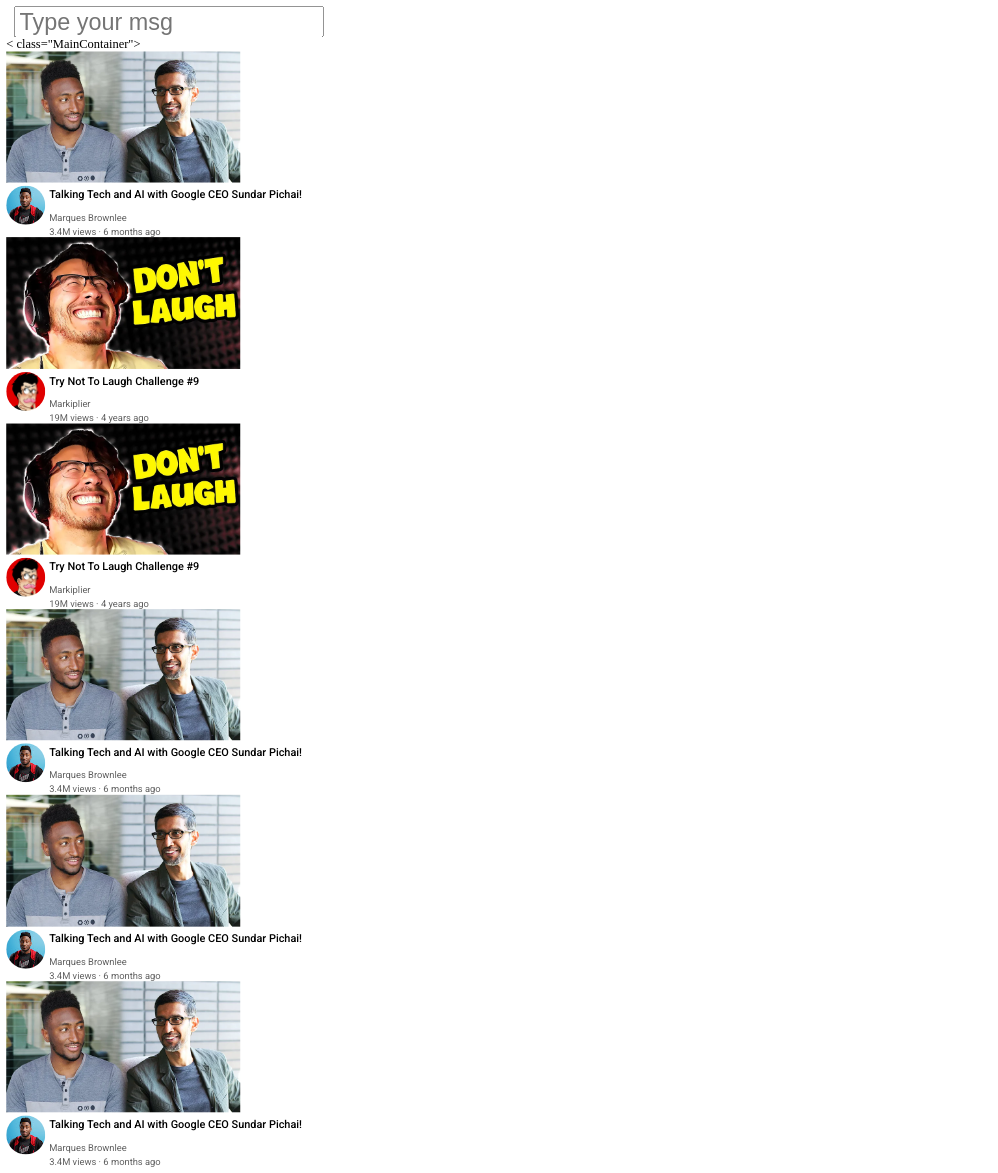
Repository: RagulRanjeeth/Frontend
Page: CloneYoutube/index.html
An editor plug-in stored every save of this project. The page is shown before and after the next save, followed by the edit.
The browser window is 1280 px wide. The pictures show the whole page, at 78% of full size.

Above is the page before, as saved 2026-01-25 16:52:30.

After the next save:
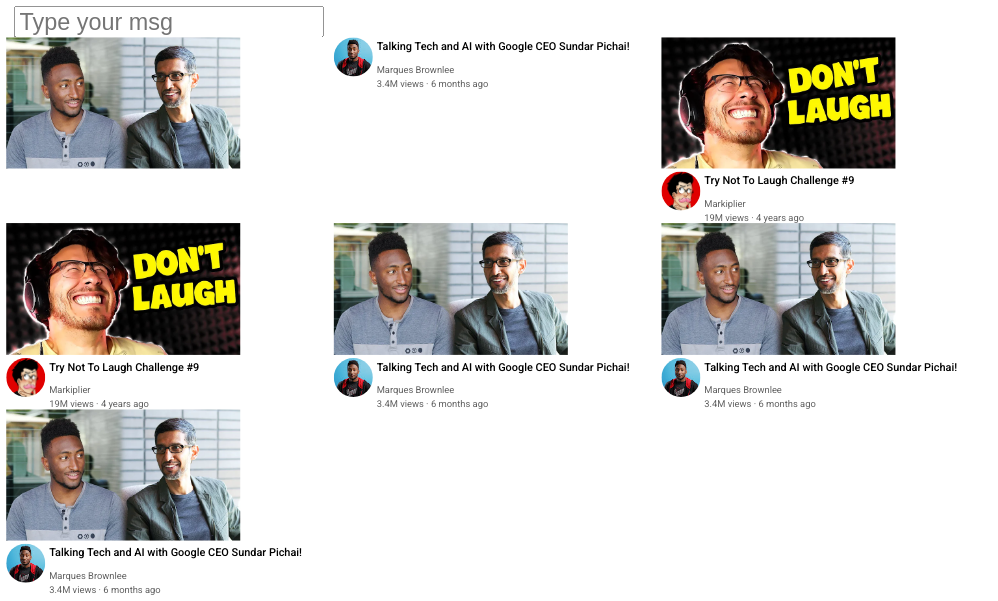
Saved 13 s later.
--- a/CloneYoutube/index.html
+++ b/CloneYoutube/index.html
@@ -9,7 +9,7 @@
         <input class="SearchDashbar" type="text" placeholder="Type your msg">
 
 
-< class="MainContainer">
+<div class="MainContainer">
 
 
             <div class="ThumbnailsContainer">
